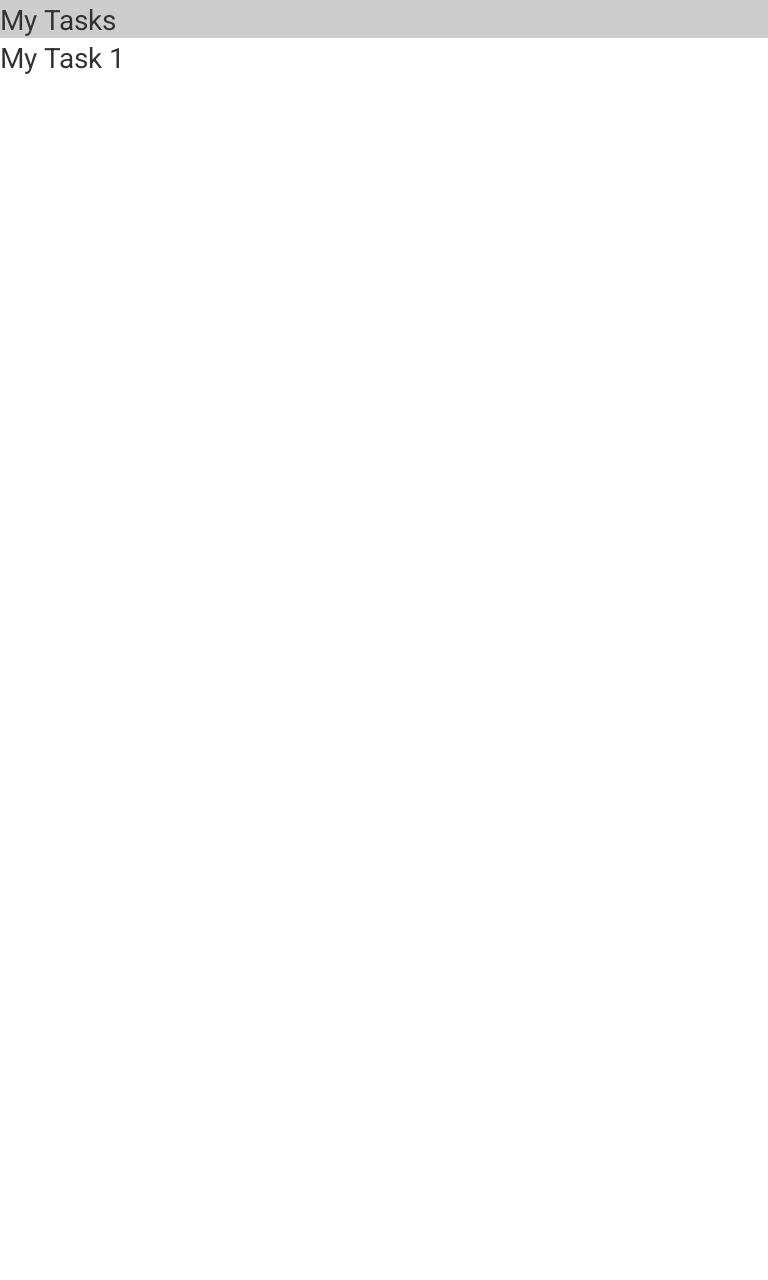
Repository: mdfeist/CMPUT301F12T12
Layout: CompleteMyTask/res/layout/activity_main_menu.xml
The author's editor kept a copy of each file at every save. The layout is drawn from the files as they stood at one save, then again after the next save.
It is drawn on a 768 x 1280 px phone screen (xhdpi) without system bars, with theme AppTheme; the app's code is not run.

Above is the layout before, as saved 2012-10-23 16:31:56.

### CompleteMyTask/res/layout/activity_main_menu.xml
<RelativeLayout xmlns:android="http://schemas.android.com/apk/res/android"
    xmlns:tools="http://schemas.android.com/tools"
    android:layout_width="match_parent"
    android:layout_height="match_parent">

    <LinearLayout
        android:layout_width="wrap_content"
        android:layout_height="wrap_content"
        android:layout_alignParentBottom="true"
        android:layout_alignParentLeft="true"
        android:layout_alignParentRight="true"
        android:layout_alignParentTop="true"
        android:orientation="vertical" >

        <TableLayout
            android:layout_width="match_parent"
            android:layout_height="wrap_content" >

            <TableRow
                android:id="@+id/MyTasksHeader"
                android:layout_width="wrap_content"
                android:layout_height="wrap_content"
                android:background="#CDCDCD" >

                <TextView
                    android:id="@+id/MyTasksTitle"
                    android:layout_width="wrap_content"
                    android:layout_height="wrap_content"
                    android:text="My Tasks"
                    android:textAppearance="?android:attr/textAppearanceSmall" />
            </TableRow>

            <ScrollView
                android:id="@+id/scrollView1"
                android:layout_width="wrap_content"
                android:layout_height="wrap_content" >

                <LinearLayout
                    android:layout_width="wrap_content"
                    android:layout_height="wrap_content"
                    android:orientation="vertical" >

                    <TableLayout
                        android:layout_width="match_parent"
                        android:layout_height="wrap_content" >

                        <TableRow
                            android:id="@+id/tableRow1"
                            android:layout_width="wrap_content"
                            android:layout_height="wrap_content" >
                            <TextView
                    android:id="@+id/MyTasks1"
                    android:layout_width="wrap_content"
                    android:layout_height="wrap_content"
                    android:text="My Task 1"
                    android:textAppearance="?android:attr/textAppearanceSmall" />
                        </TableRow>

                        <TableRow
                            android:id="@+id/tableRow2"
                            android:layout_width="wrap_content"
                            android:layout_height="wrap_content" >
                        </TableRow>

                        <TableRow
                            android:id="@+id/tableRow3"
                            android:layout_width="wrap_content"
                            android:layout_height="wrap_content" >
                        </TableRow>

                        <TableRow
                            android:id="@+id/tableRow4"
                            android:layout_width="wrap_content"
                            android:layout_height="wrap_content" >
                        </TableRow>
                    </TableLayout>

                </LinearLayout>

            </ScrollView>

        </TableLayout>

    </LinearLayout>

</RelativeLayout>

Loaded but not shown: CompleteMyTask/res/values-v11/styles.xml (common file); CompleteMyTask/res/values-v14/styles.xml (common file); CompleteMyTask/res/values/styles.xml (common file)

After the next save:
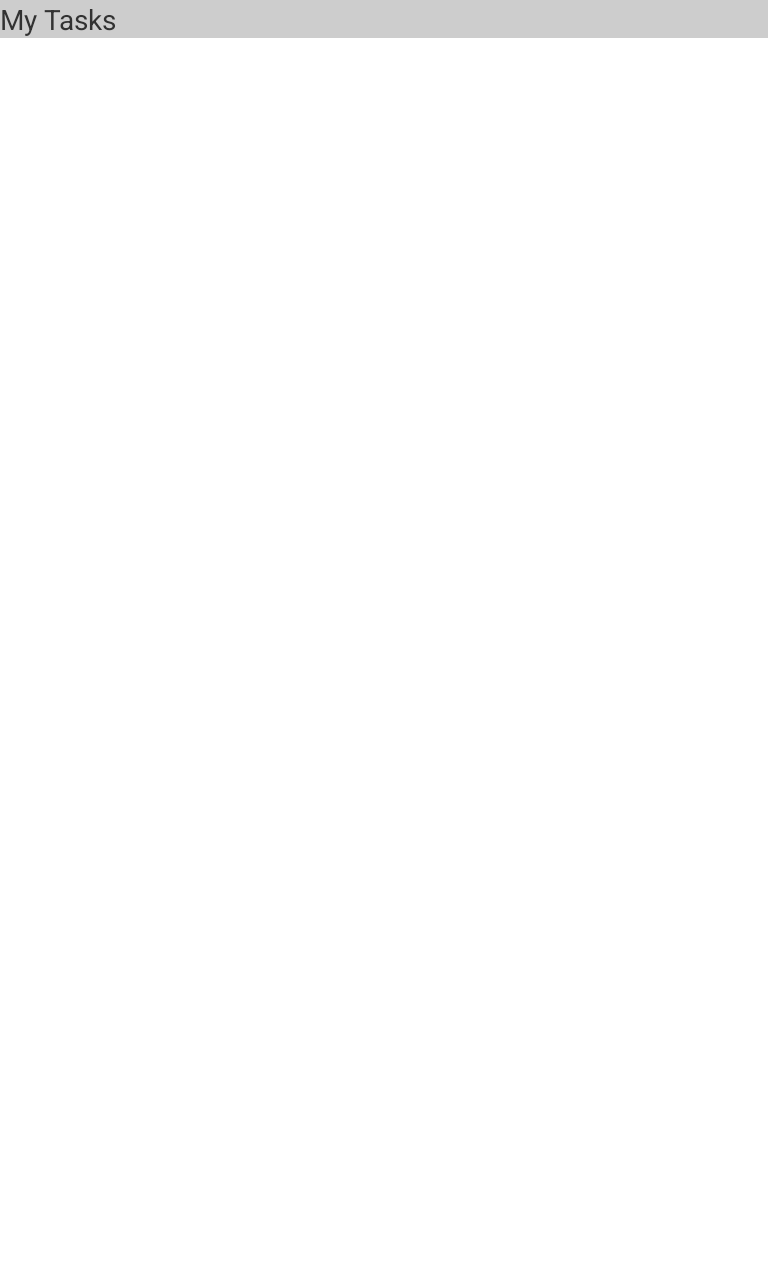
Saved 91 s later.
--- a/CompleteMyTask/res/layout/activity_main_menu.xml
+++ b/CompleteMyTask/res/layout/activity_main_menu.xml
@@ -43,36 +43,6 @@
                     <TableLayout
                         android:layout_width="match_parent"
                         android:layout_height="wrap_content" >
-
-                        <TableRow
-                            android:id="@+id/tableRow1"
-                            android:layout_width="wrap_content"
-                            android:layout_height="wrap_content" >
-                            <TextView
-                    android:id="@+id/MyTasks1"
-                    android:layout_width="wrap_content"
-                    android:layout_height="wrap_content"
-                    android:text="My Task 1"
-                    android:textAppearance="?android:attr/textAppearanceSmall" />
-                        </TableRow>
-
-                        <TableRow
-                            android:id="@+id/tableRow2"
-                            android:layout_width="wrap_content"
-                            android:layout_height="wrap_content" >
-                        </TableRow>
-
-                        <TableRow
-                            android:id="@+id/tableRow3"
-                            android:layout_width="wrap_content"
-                            android:layout_height="wrap_content" >
-                        </TableRow>
-
-                        <TableRow
-                            android:id="@+id/tableRow4"
-                            android:layout_width="wrap_content"
-                            android:layout_height="wrap_content" >
-                        </TableRow>
                     </TableLayout>
 
                 </LinearLayout>
